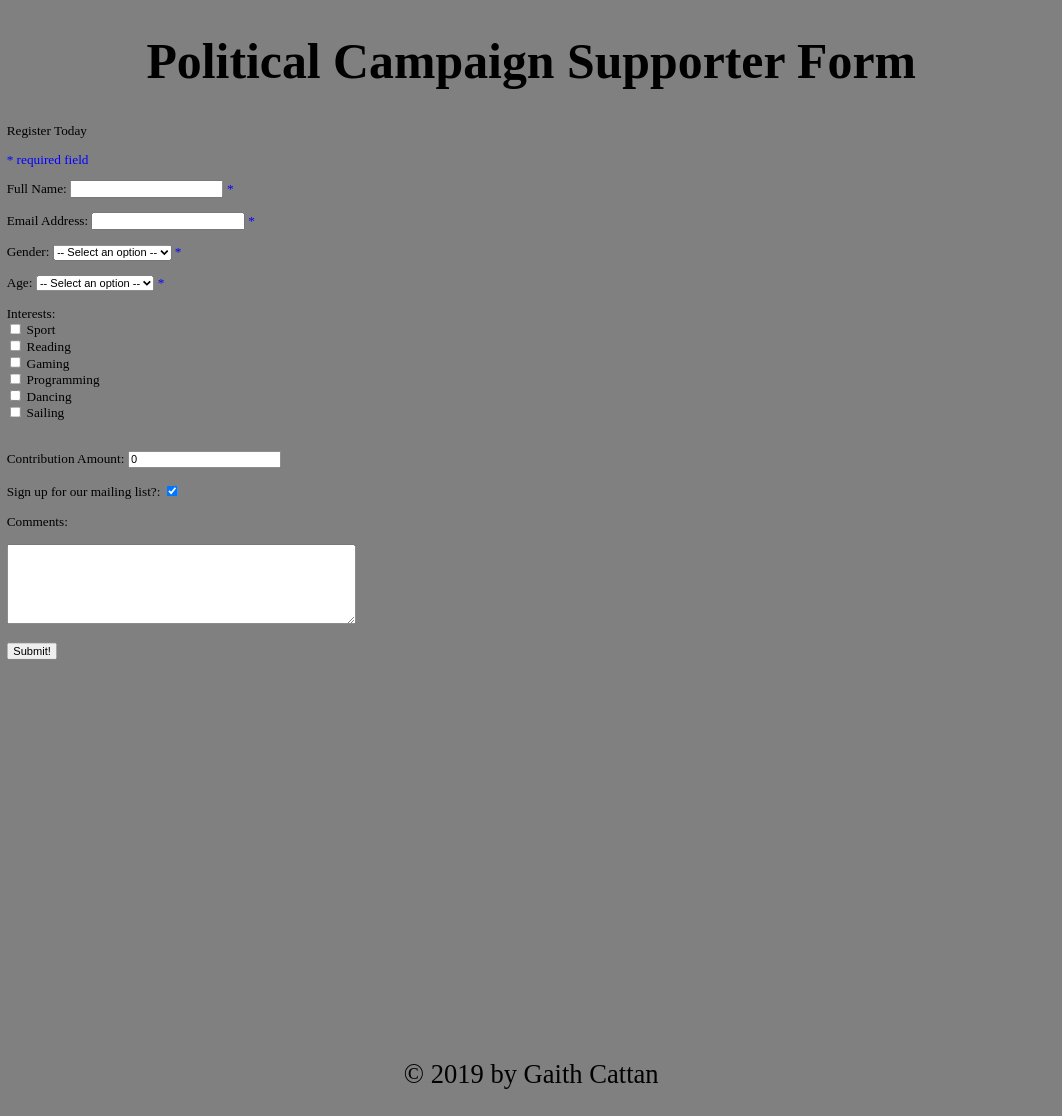
Repository: GaithCattan/COSW30
Page: labwork/lab2/contact.html
The author's editor kept a record of every edit. The page is drawn from the files as they stood at one moment, then again after the next edit.
The browser window is 1280 px wide. The pictures show the whole page, at 83% of full size.

Above is the page before.

After the next edit:
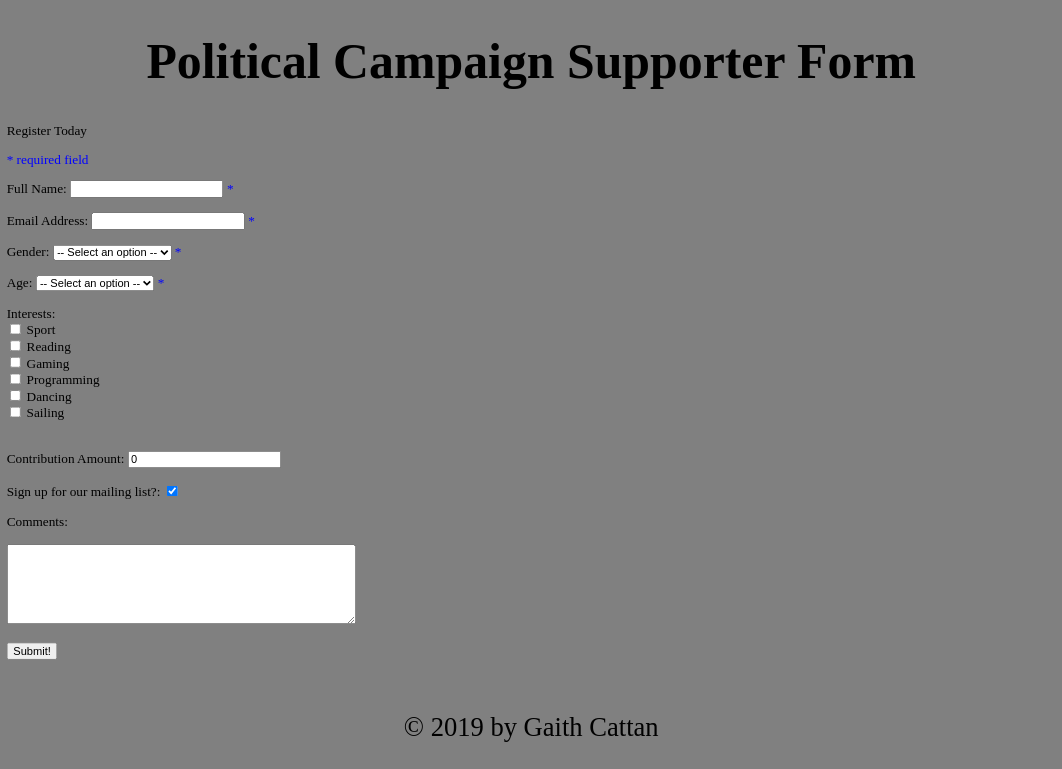
The edit:
--- a/labwork/lab2/contact.html
+++ b/labwork/lab2/contact.html
@@ -7,7 +7,7 @@
         <style>
           body {background-color: grey;}
           h1 {text-align: center; font-size: 60px; margin-top: 40px;}
-          footer {font-size: 2em; color: black; text-align: center; margin-top: 38%;}
+          footer {font-size: 2em; color: black; text-align: center; margin-top: 5%;}
           .needed {color: blue;}
         </style>
 
